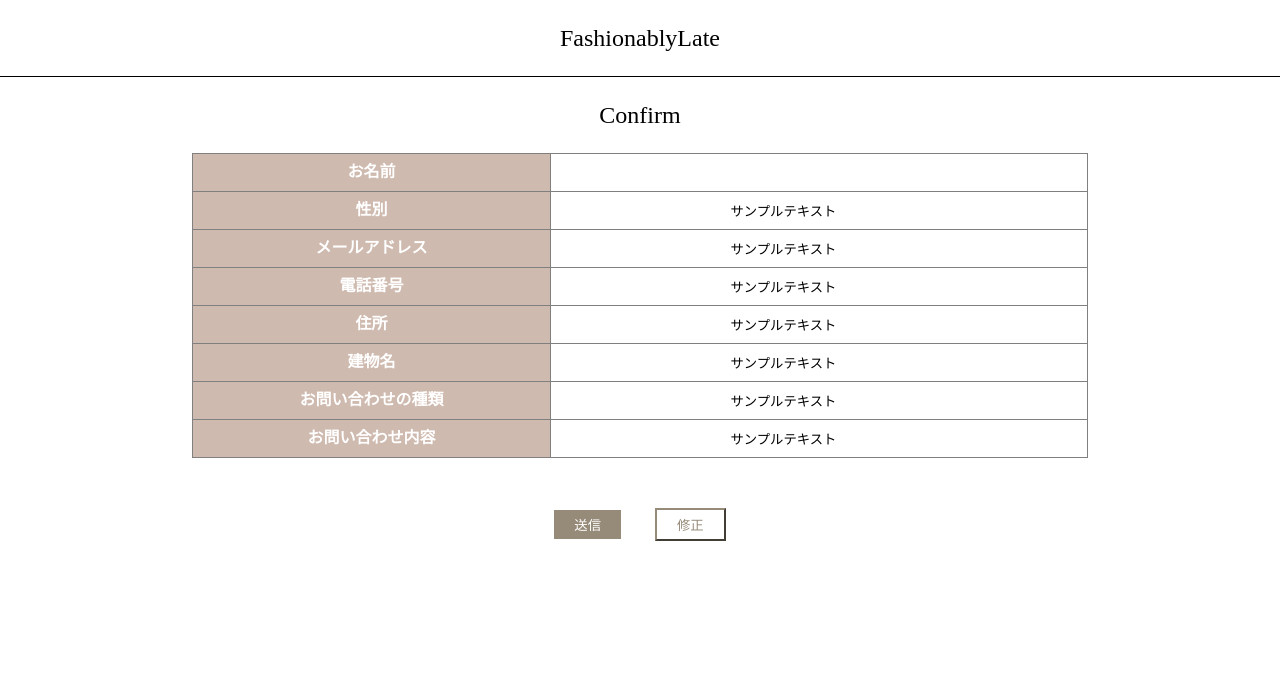
Repository: mayu-ya/test_form
Page: http://localhost/
An editor plug-in stored every save of this project. The page is shown before and after the next save, followed by the edit.
The browser window is 1280 px wide. The pictures show the whole page.
The page is served by the project's Laravel application, run on PHP 8.4 with Laravel 8.

Above is the page before, as saved 2026-01-17 11:41:07.

After the next save:
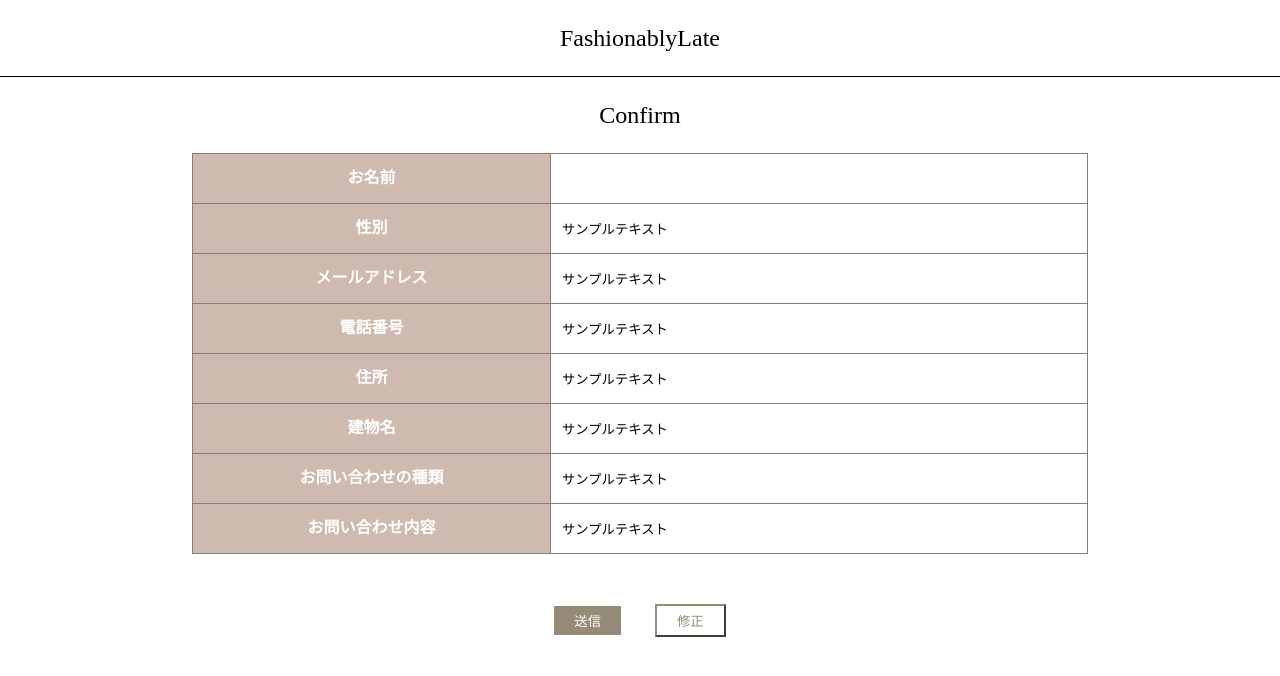
Saved 2 min 55 s later.
--- a/src/public/css/confirm.css
+++ b/src/public/css/confirm.css
@@ -27,11 +27,16 @@
     color: white;
     background: #cfbaaf;
     width: 40%;
+    height: 50px;
+}
+
+.table-content {
+    text-align: left;
+    height: 50px;
 }
 
 .table-content__input {
     padding: 10px;
-    text-align: left;
     outline: none;
     border: none;
 }
